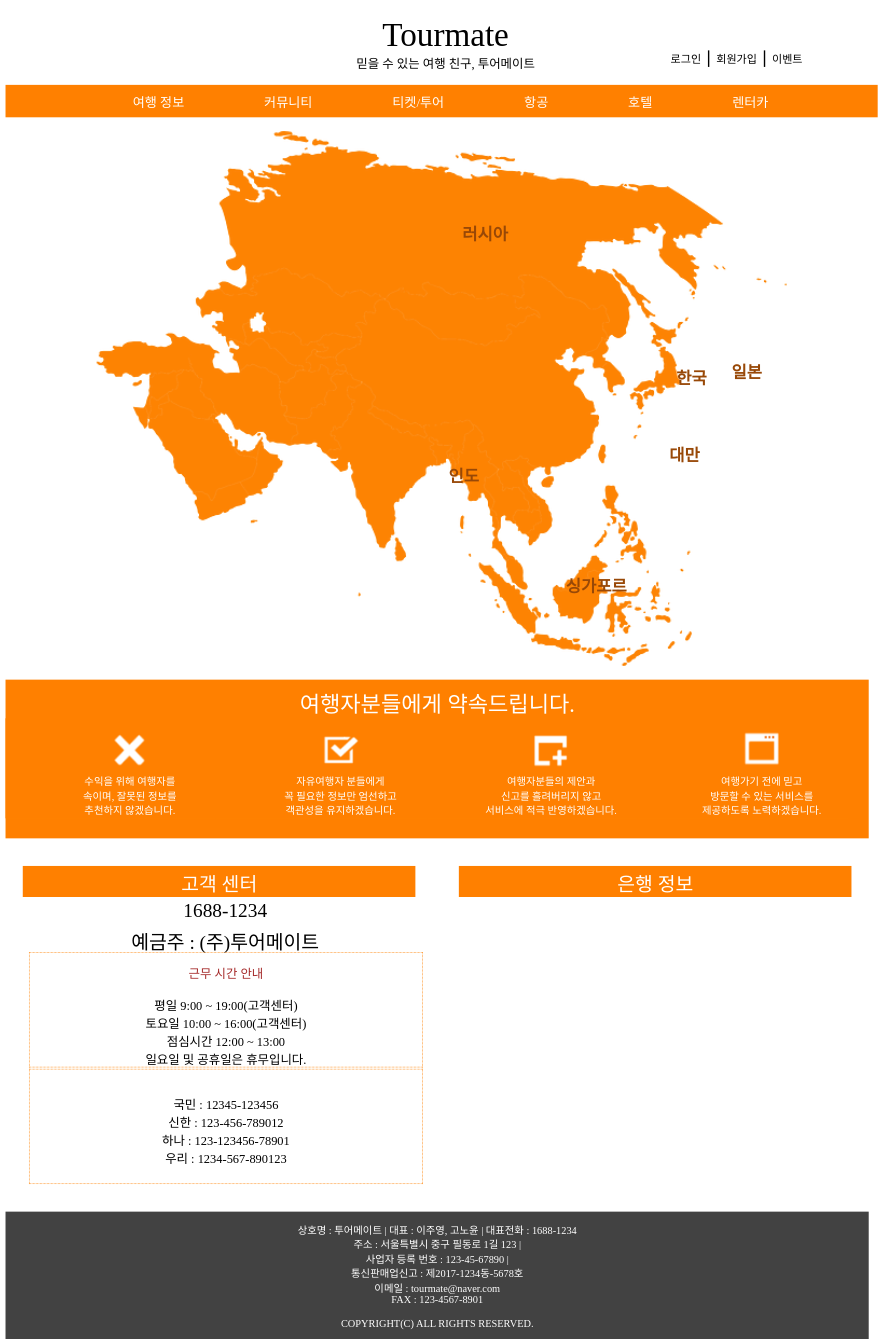
Repository: nohyoonko/2017-2-WP-Tourmate
Page: http://localhost/Tourmate/인기_여행_도시.jsp
The author's editor kept a copy of each file at every save. The page is drawn from the files as they stood at one save, then again after the next save.
The browser window is 1280 px wide. The pictures show the whole page, at 69% of full size.
The page is served by Tomcat 9.

Above is the page before, as saved 2017-12-08 07:01:01.

After the next save:
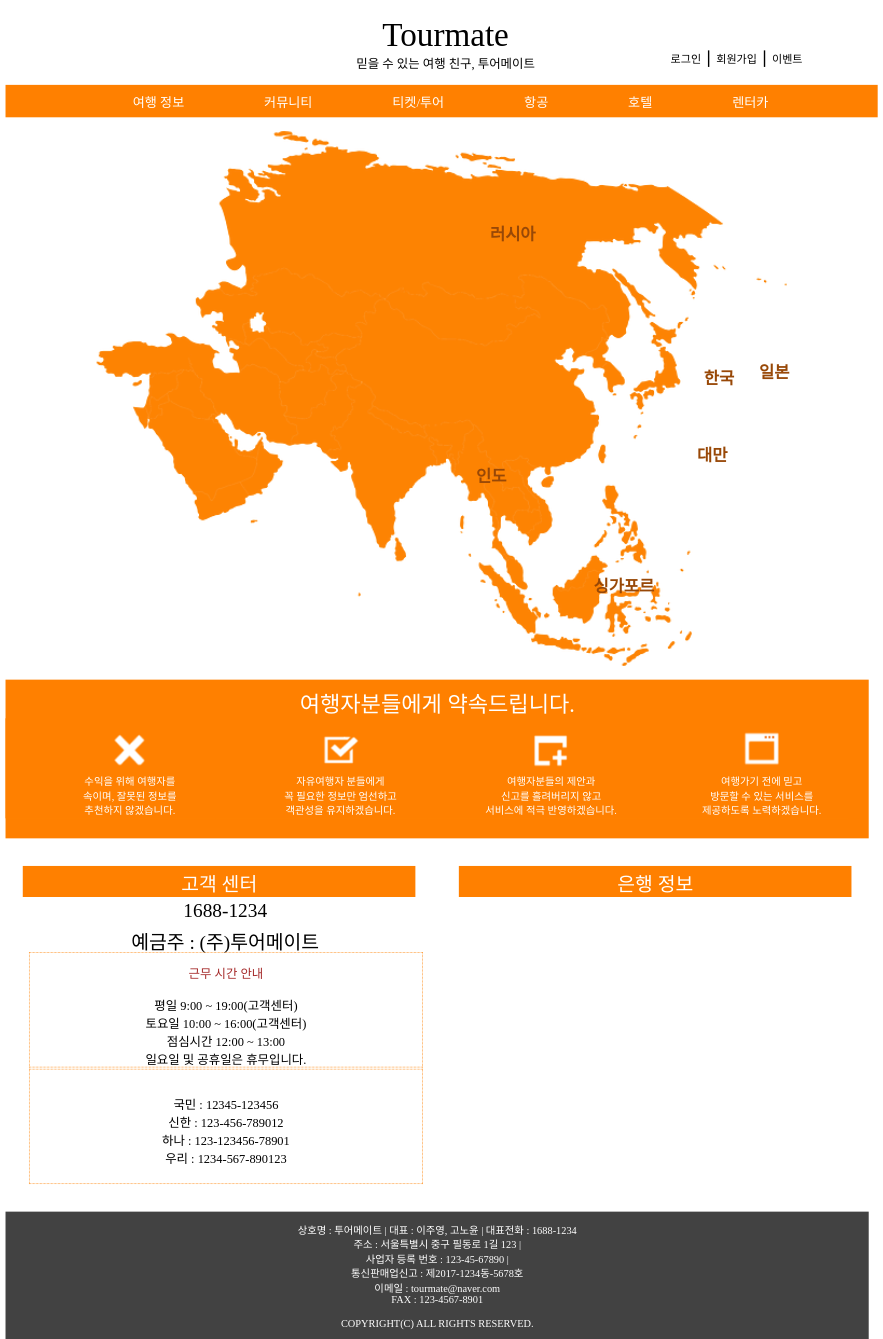
Saved 17 min 6 s later.
--- a/eclipse-workspace/Tourmate/WebContent/여행정보.css
+++ b/eclipse-workspace/Tourmate/WebContent/여행정보.css
@@ -1,23 +1,12 @@
 @charset "utf-8";
 
-		#content {
-			width:80%;
-			height:950px;
-			margin: 0% 2% 2% 9%;
-			float:center;
-		}
-		#box {
-			width:100%;
-			height:100%;
-		}
-
-		div { font-family: "함초롬돋움"; }
+       div { font-family: "함초롬돋움"; }
 
       #map { margin-top: 20px; margin-bottom: 20px;}
       #korea_name {
          position: absolute;
          top: 508px;
-         left: 980px;
+         left: 1020px;
          width: auto;
          color: #984807;
       }
@@ -25,7 +14,7 @@
          display: none;
          position: absolute;
          top: 520px;
-         left: 1040px;
+         left: 1080px;
          padding: 0.5% 0.5% 0.5% 0.5%;
          background-color: #984807;
          width:280px;
@@ -34,7 +23,7 @@
       #japan_name {
          position: absolute;
          top: 500px;
-         left: 1060px;
+         left: 1100px;
          width: auto;
          color: #984807;
       }
@@ -42,7 +31,7 @@
          display: none;
          position: absolute;
          top: 300px;
-         left: 1110px;
+         left: 1150px;
          padding: 0.5% 0.5% 0.5% 0.5%;
          background-color: #984807;
          width:280px;
@@ -51,7 +40,7 @@
       #taiwan_name {
          position: absolute;
          top: 620px;
-         left: 970px;
+         left: 1010px;
          width: auto;
          color: #984807;
       }
@@ -59,7 +48,7 @@
          display: none;
          position: absolute;
          top: 570px;
-         left: 1030px;
+         left: 1070px;
          padding: 0.5% 0.5% 0.5% 0.5%;
          background-color: #984807;
          width:280px;
@@ -68,7 +57,7 @@
       #russia_name {
          position: absolute;
          top: 300px;
-         left: 670px;
+         left: 710px;
          width: auto;
          color: #984807;
       }
@@ -76,7 +65,7 @@
          display: none;
          position: absolute;
          top: 300px;
-         left: 760px;
+         left: 800px;
          padding: 0.5% 0.5% 0.5% 0.5%;
          background-color: #984807;
          width:280px;
@@ -85,7 +74,7 @@
       #singapore_name {
          position: absolute;
          top: 810px;
-         left: 820px;
+         left: 860px;
          width: auto;
          color: #984807;
       }
@@ -93,7 +82,7 @@
          display: none;
          position: absolute;
          top: 680px;
-         left: 920px;
+         left: 960px;
          padding: 0.5% 0.5% 0.5% 0.5%;
          background-color: #984807;
          width:280px;
@@ -102,7 +91,7 @@
       #india_name {
          position: absolute;
          top: 650px;
-         left: 650px;
+         left: 690px;
          width: auto;
          color: #984807;
       }
@@ -110,10 +99,21 @@
          display: none;
          position: absolute;
          top: 600px;
-         left: 710px;
+         left: 750px;
          padding: 0.5% 0.5% 0.5% 0.5%;
          background-color: #984807;
          width:280px;
          color: white;
       }
       #img { width: 90%; }
+
+      #content {
+         width:80%;
+         height:950px;
+         margin: 0% 2% 2% 9%;
+         float:center;
+      }
+      #box {
+         width:100%;
+         height:100%;
+      }
